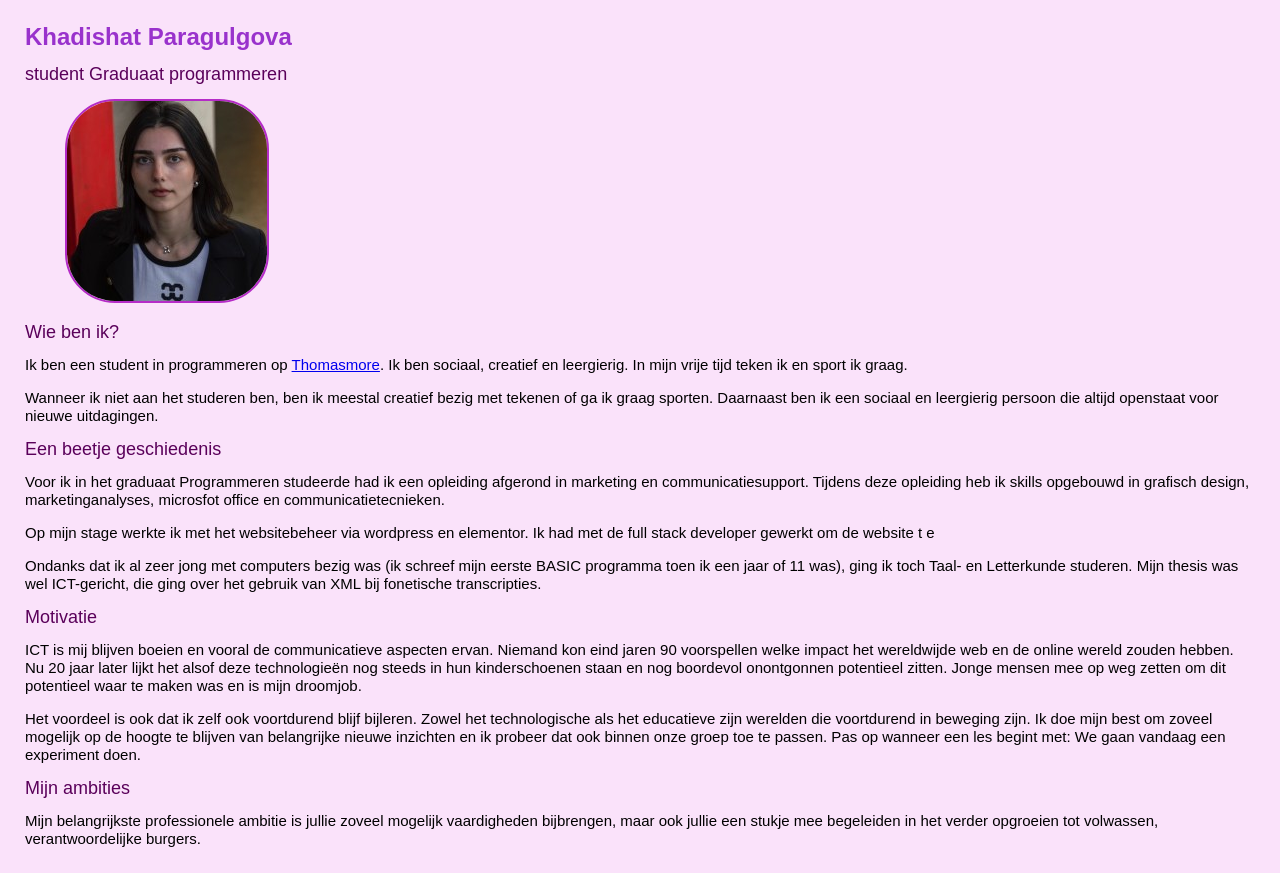
Repository: khadishat00/portfolio
Page: index.html
These files come from the project's save history. The page is drawn as it stood at one moment and after the next save; the edit follows.
The browser window is 1280 px wide. The pictures show the whole page.

Above is the page before, as saved 2026-09-24 15:13:44.

After the next save:
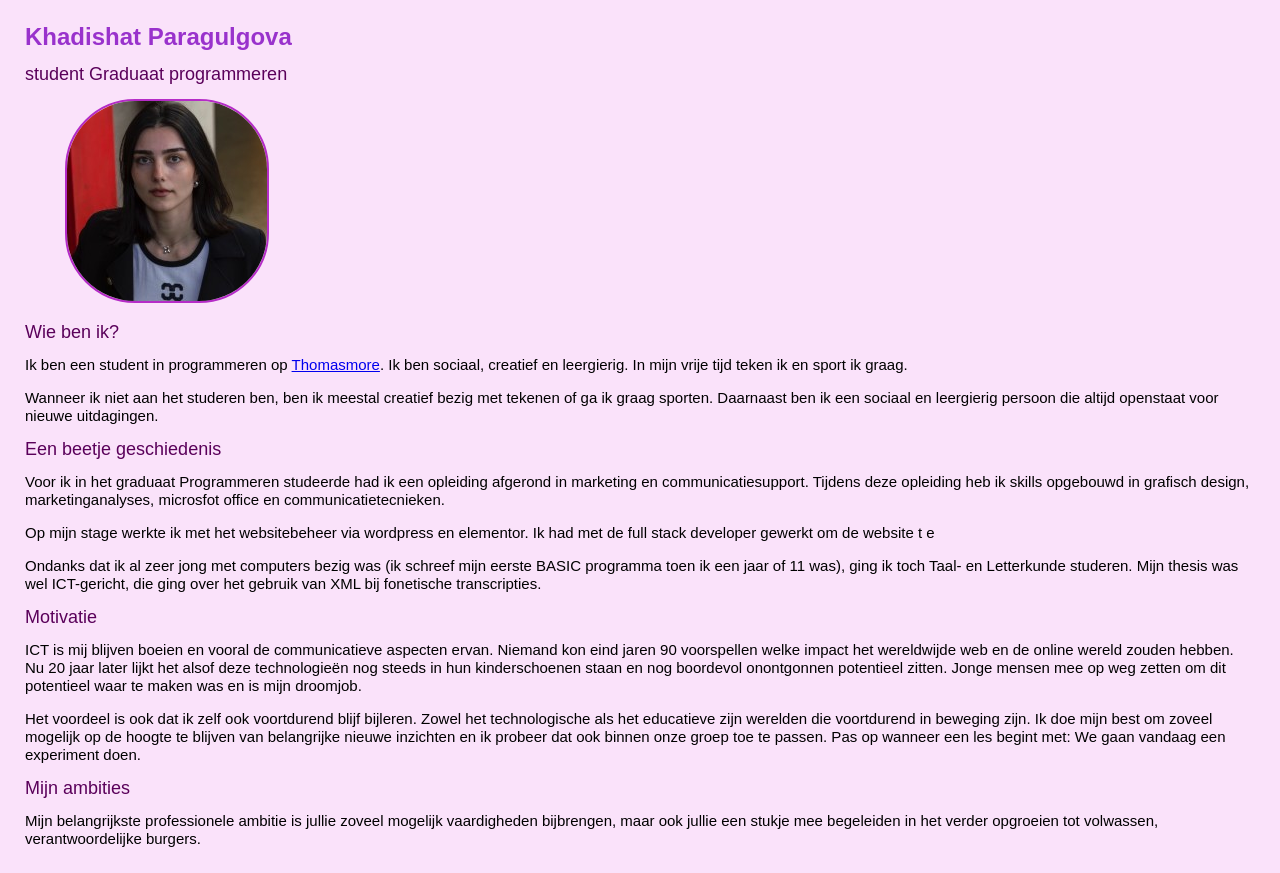
Saved 11 s later.
--- a/index.html
+++ b/index.html
@@ -48,7 +48,7 @@
     img {
       max-width: 100%;
       border: 2px double ;
-      border-radius: 50px;
+      border-radius: 70px;
       border-color: rgb(181, 44, 199);
 
     }
